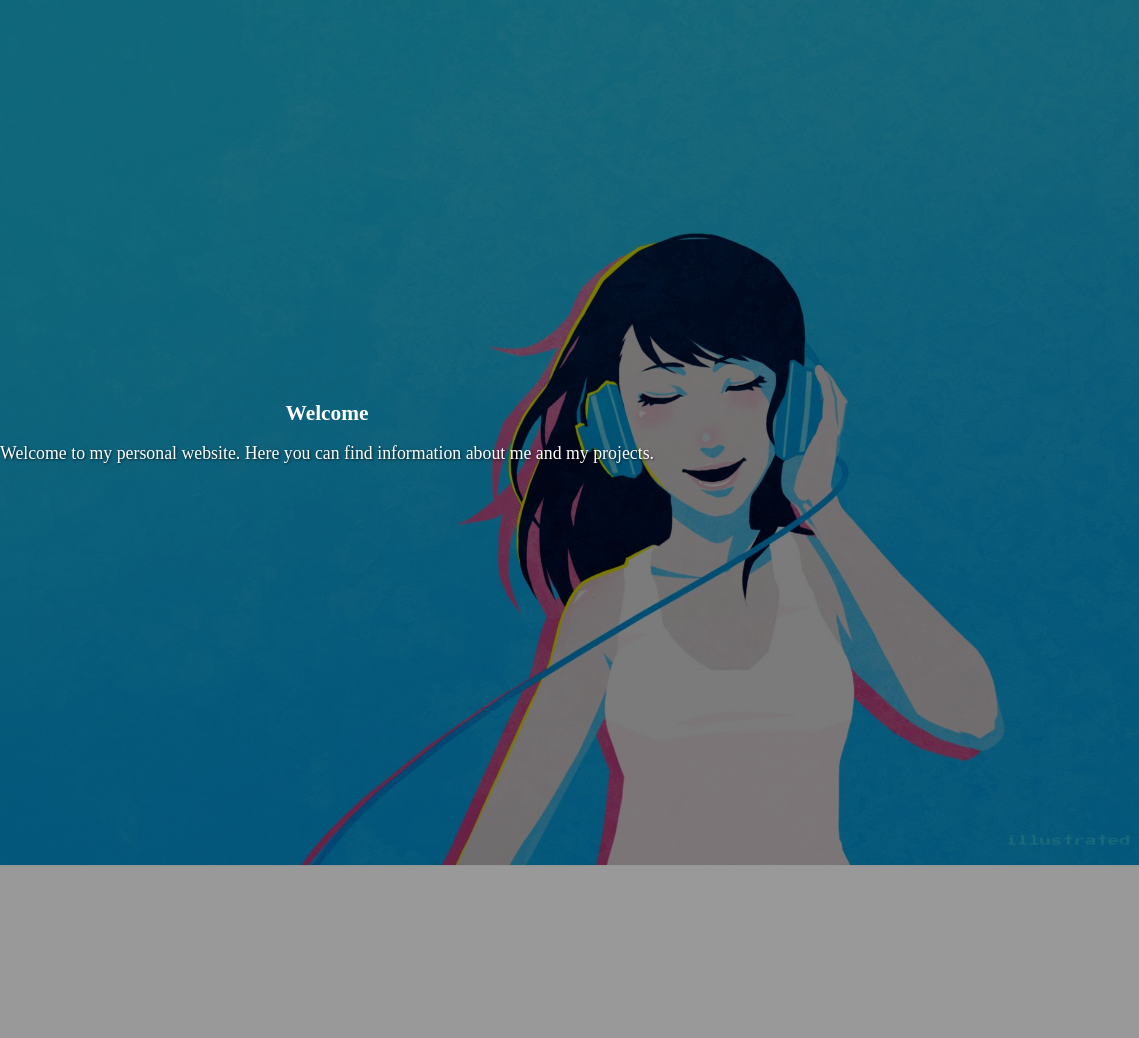
Repository: cydxf/cydxf.github.io
Page: index.html
These files come from the project's save history. The page is drawn as it stood at one moment and after the next save; the edit follows.
The browser window is 1280 px wide. The pictures show the whole page, at 89% of full size.

Above is the page before, as saved 2024-08-02 01:50:29.

### index.html
<!DOCTYPE html>
<html lang="en">
<head>
    <meta charset="UTF-8">
    <meta name="viewport" content="width=device-width, initial-scale=1.0">
    <title>My Personal Website</title>
    <link rel="stylesheet" href="css/styles.css">
</head>
<body>
    <main>
        <section id="home" class="hero">
            <div class="hero-content">
                <h2>Welcome</h2>
                <p>Welcome to my personal website. Here you can find information about me and my projects.</p>
            </div>
        </section>
        <section id="about">
            <h2>About Me</h2>
            <p>This is the about section where you can find more information about me.</p>
        </section>
        <section id="projects">
            <h2>Projects</h2>
            <p>Here are some of my recent projects.</p>
            <ul>
                <li>Project 1</li>
                <li>Project 2</li>
                <li>Project 3</li>
            </ul>
        </section>
        <section id="contact">
            <h2>Contact</h2>
            <p>If you want to get in touch, please contact me via email.</p>
        </section>
    </main>
    <footer>
        <p>&copy; 2024 Huang Jiaxi</p>
    </footer>
    <script src="js/script.js"></script>
    </head>
</body>
</html>

### css/styles.css
body, html {
    margin: 0;
    padding: 0;
    height: 100%;
    width: 100%;
}

.hero {
    position: absolute;
    width: 100%;
    height: 135vh; /* Viewport height */
    left: 0;
    top: 0;
    background-image: url('../resource/image/shigiChannelArt_clean.jpg'); /* 首页大图  */
    background-size: cover;
    background-position: center;
    background-repeat: no-repeat;
    color: #fff;
    display: flex;
    justify-content: left;
    align-items: center;
    text-align: center;
    color: #fff;
}

.hero:before{
    content: '';
    position: absolute;
    top: 0;
    left: 0;
    width: 100%;
    height: 120%;
    background: rgba(0, 0, 0, 0.4);
    z-index: 1;
}

.hero-content {
    position: relative;
    z-index: 2;
}

.hero h1 {
    font-size: 3rem; /* 适当调整标题字体大小 */
    margin: 0;
    padding: 0;
    text-shadow: 2px 2px 4px rgba(0, 0, 0, 0.7); /* 添加文本阴影使其更清晰 */
}

.hero p {
    font-size: 1.25rem; /* 适当调整副标题字体大小 */
    margin-top: 0.5rem;
    text-shadow: 1px 1px 3px rgba(0, 0, 0, 0.7); /* 添加文本阴影使其更清晰 */
}

### js/script.js
document.addEventListener("DOMContentLoaded", function() {
    const links = document.querySelectorAll("nav ul li a");

    links.forEach(link => {
        link.addEventListener("click", function(event) {
            event.preventDefault();
            const targetId = this.getAttribute("href").substring(1);
            const targetSection = document.getElementById(targetId);
            window.scrollTo({
                top: targetSection.offsetTop,
                behavior: "smooth"
            });
        });
    });
});

After the next save:
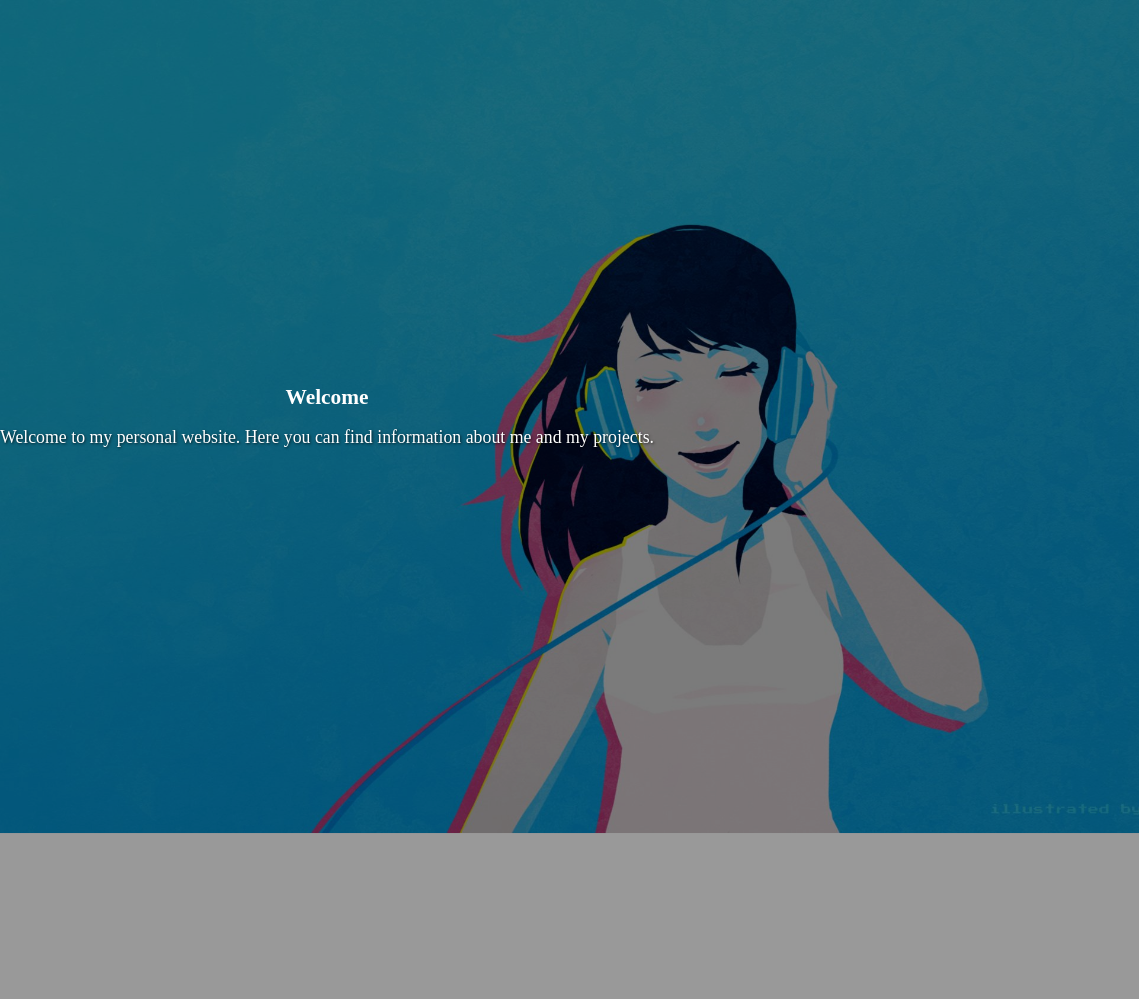
Saved 9 s later.
--- a/css/styles.css
+++ b/css/styles.css
@@ -8,7 +8,7 @@ body, html {
 .hero {
     position: absolute;
     width: 100%;
-    height: 135vh; /* Viewport height */
+    height: 130vh; /* Viewport height */
     left: 0;
     top: 0;
     background-image: url('../resource/image/shigiChannelArt_clean.jpg'); /* 首页大图  */
